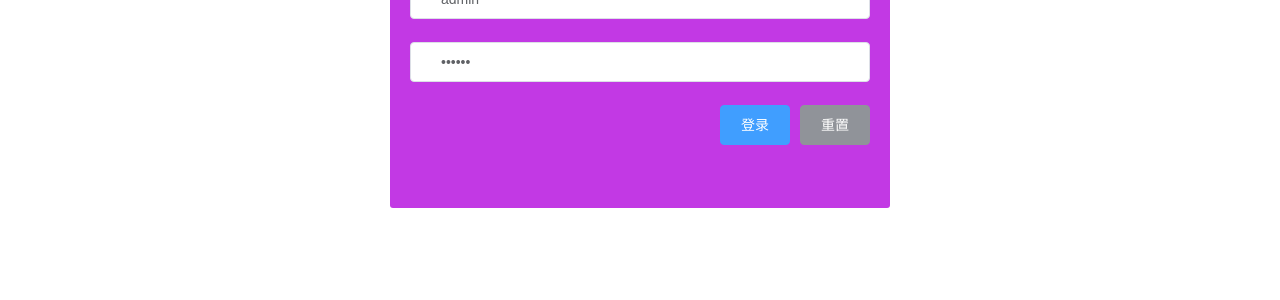
Repository: YUNjwyao/vue_hrm
Page: /
An editor plug-in stored every save of this project. The page is shown before and after the next save, followed by the edit.
The browser window is 1280 px wide. The pictures show the whole page.
The project was rebuilt for these pictures with package versions that can differ from the ones it lists, and the page was loaded fresh each time. Also part of the build but not shown: src/components/Employee/EmployeeQuery.vue, src/components/Employee/ShowAddEmployee.vue, src/components/Employee/ShowUpdateEmployee.vue, src/components/Notice/Notice.vue, src/components/Notice/ShowUpdateNotice.vue, src/components/Notice/ShowAddNotice.vue, src/components/Document/Document.vue, src/components/Document/ShowUpdateDocument.vue and 1 more.

Above is the page before, as saved 2020-10-16 08:57:11.

After the next save:
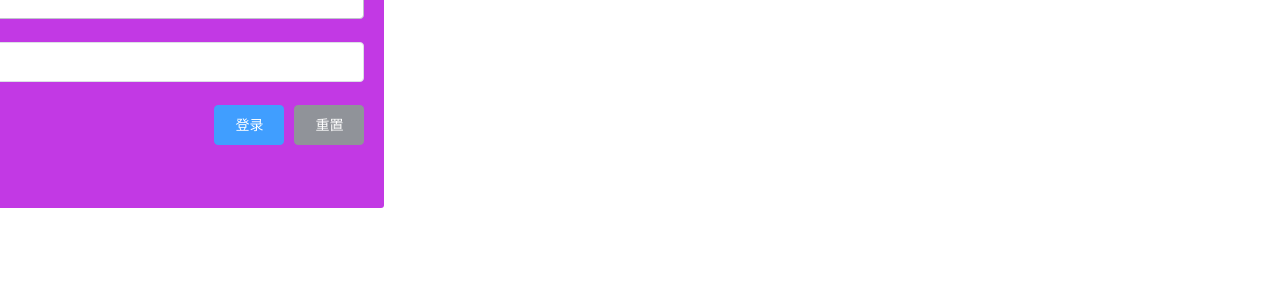
Saved 3 min 45 s later.
--- a/src/components/Login.vue
+++ b/src/components/Login.vue
@@ -109,7 +109,7 @@
   background-color: rgb(194, 57, 228);
   position: absolute;
   top: 50%;
-  left: 50%;
+  left: 10%;
   transform: translate(-50%, -50%);
 }
 .avatar_box {

After the save that followed:
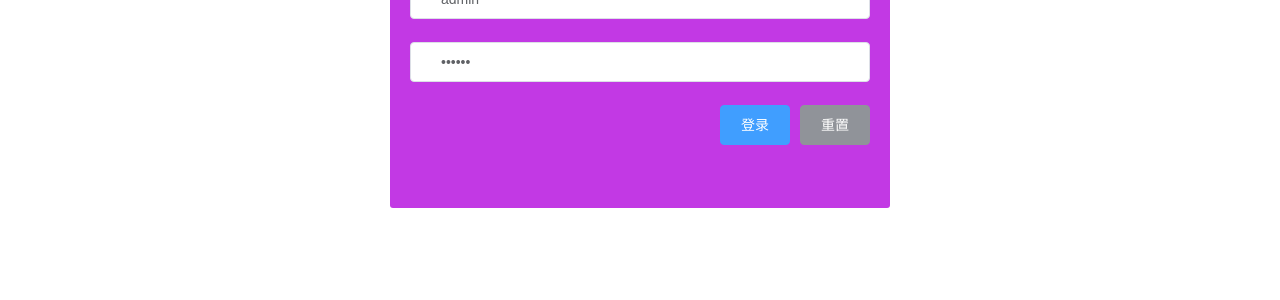
Saved 11 s later.
--- a/src/components/Login.vue
+++ b/src/components/Login.vue
@@ -108,8 +108,8 @@
   border-radius: 3px;
   background-color: rgb(194, 57, 228);
   position: absolute;
-  top: 50%;
-  left: 10%;
+  top: 10%;
+  left: 50%;
   transform: translate(-50%, -50%);
 }
 .avatar_box {
